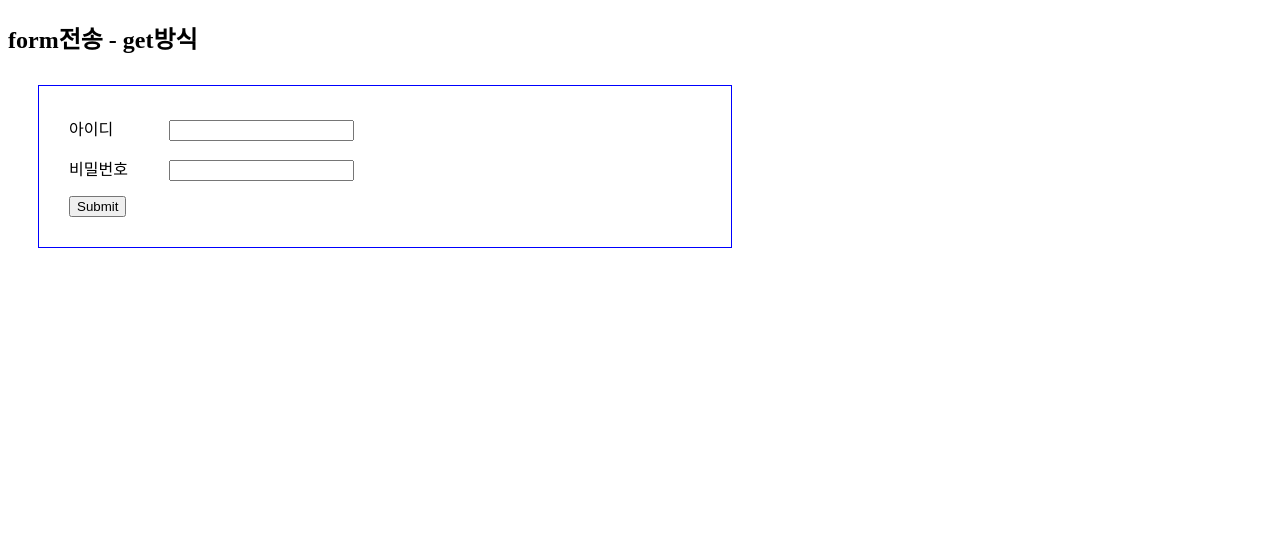
Repository: windy9109/FrontendClass
Page: webpro/src/main/webapp/0225/formDate.html
An editor plug-in stored every save of this project. The page is shown before and after the next save, followed by the edit.
The browser window is 1280 px wide. The pictures show the whole page.

Above is the page before, as saved 2022-02-25 06:15:37.

### webpro/src/main/webapp/0225/formDate.html
<!DOCTYPE html>
<html>
<head>
<meta charset="UTF-8">
<title>Insert title here</title>
<style type="text/css">
form{
border: 1px solid blue;
margin: 30px;
padding: 30px;
width:50%;
}
label{
/* 인라인 요소에 크기조절
	display : inline block */
display: inline-block;
width:100px;
height: 40px;
}

</style>
</head>
<body>

	<h2>form전송 - get방식</h2>
	<form action="form_get.jsp" method="get">
		<label>아이디</label><input type="text" name="id"><br>
		<label>비밀번호</label><input type="passward" name="pass"><br>
		<input type="submit">
	</form>




</body>
</html>

After the next save:
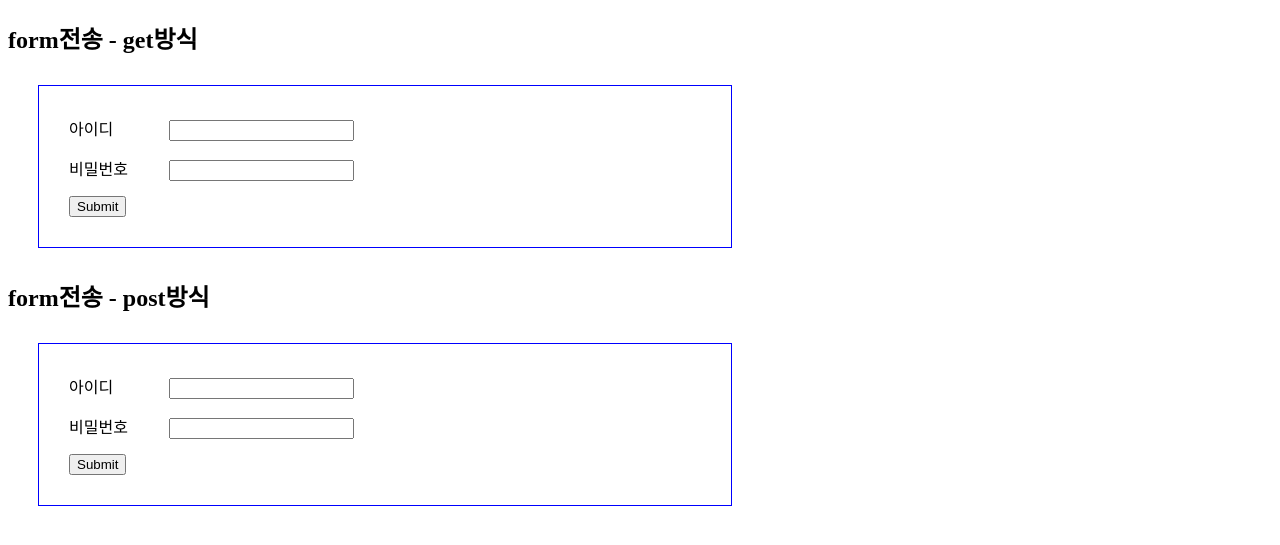
Saved 80 s later.
--- a/webpro/src/main/webapp/0225/formDate.html
+++ b/webpro/src/main/webapp/0225/formDate.html
@@ -30,6 +30,14 @@ height: 40px;
 	</form>
 
 
+	<h2>form전송 - post방식</h2>
+	<form action="form_get.jsp" method="get">
+		<label>아이디</label><input type="text" name="id"><br>
+		<label>비밀번호</label><input type="passward" name="pass"><br>
+		<input type="submit">
+	</form>
+
+
 
 
 </body>
